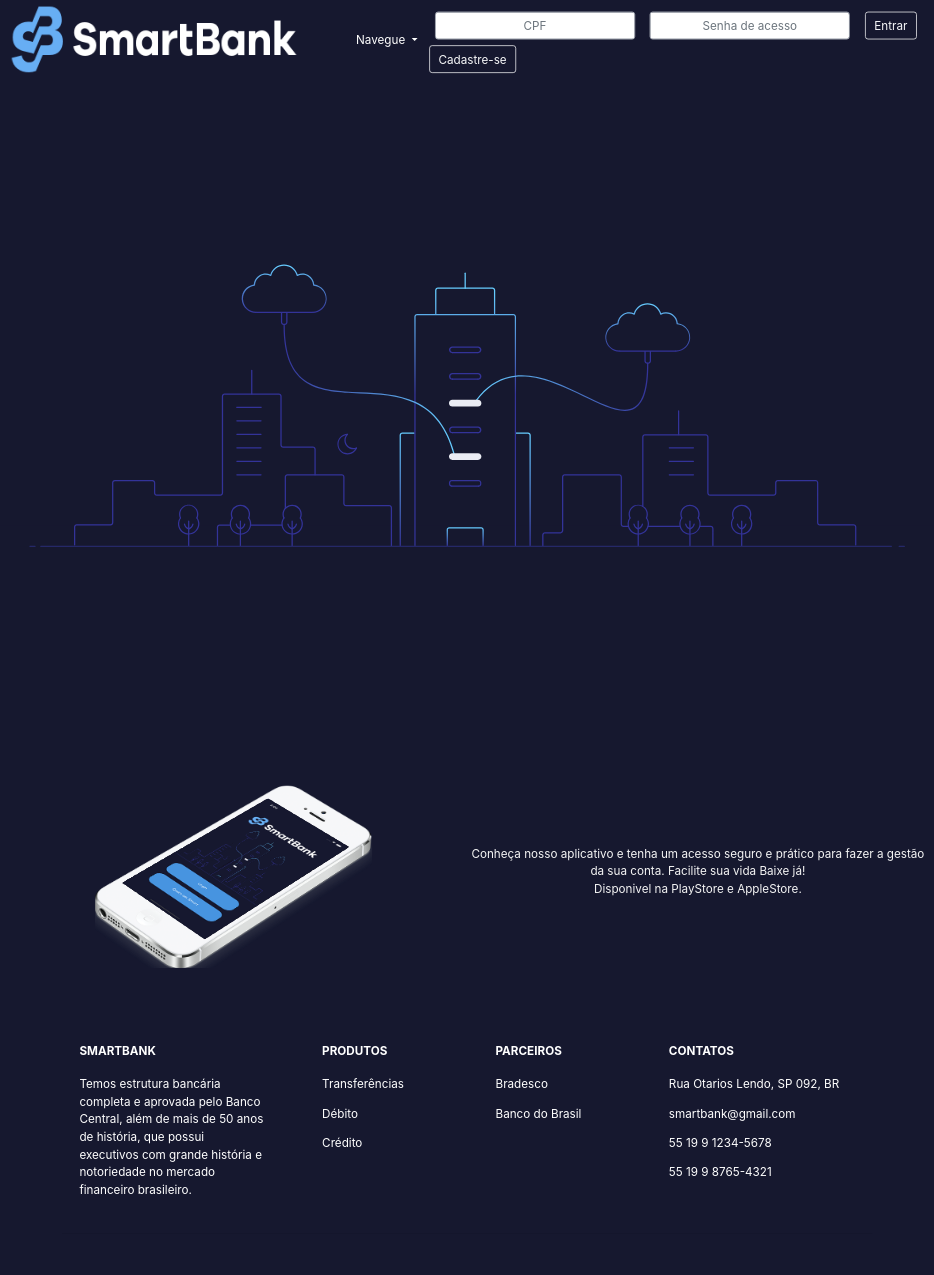
Repository: davitolentino/Mini-Projeto-SmartBank
Page: http://localhost/SmartBank/home.jsp
An editor plug-in stored every save of this project. The page is shown before and after the next save, followed by the edit.
The browser window is 1280 px wide. The pictures show the whole page, at 73% of full size.
The page is served by Tomcat 9.

Above is the page before, as saved 2020-03-04 13:31:02.

After the next save:
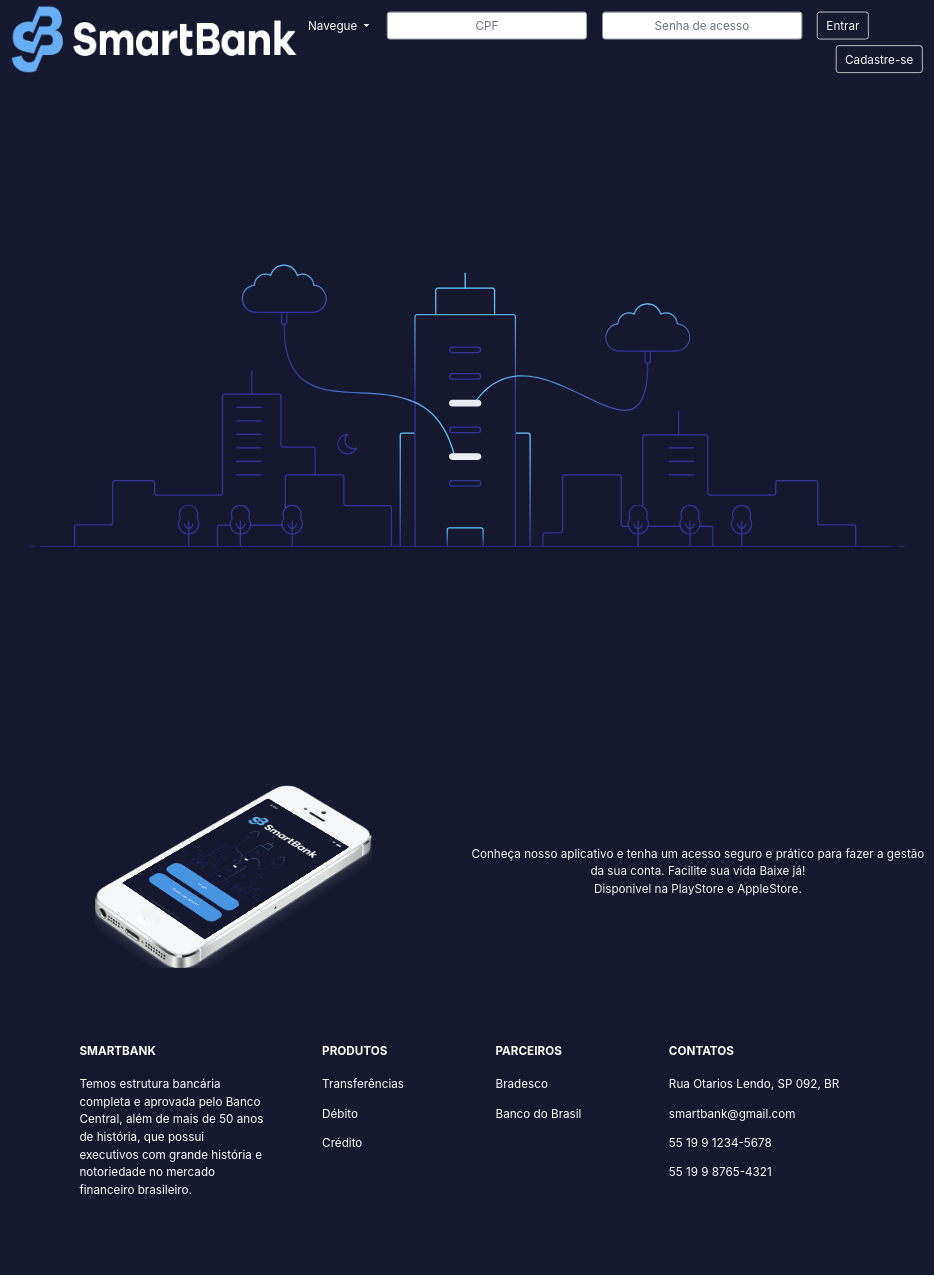
Saved 30 s later.
--- a/frontend/SmartBank/WebContent/home.jsp
+++ b/frontend/SmartBank/WebContent/home.jsp
@@ -334,7 +334,6 @@ a:link {
 						</div>
 					</div>
 
-					<div id="particionar">
 					<div>
 						<%if(whois.equals("{\"nobody\":"+nb+"}")){ %>
 							<form method="post" action="#">
@@ -353,9 +352,8 @@ a:link {
 						<%} %>
 					</div>
 					<%if(whois.equals("{\"nobody\":"+nb+"}")){ %>
-					<button type="button" class="btn btn-outline-light form-control" data-toggle="modal" data-target="#ModalCadastro" id="Letreiro">Cadastre-se</button>
+					<button type="button" class="btn btn-outline-light form-control ml-auto" data-toggle="modal" data-target="#ModalCadastro" id="Letreiro">Cadastre-se</button>
 					<%} %>
-					</div>
 				</div>
 			</div>
 		</nav>
